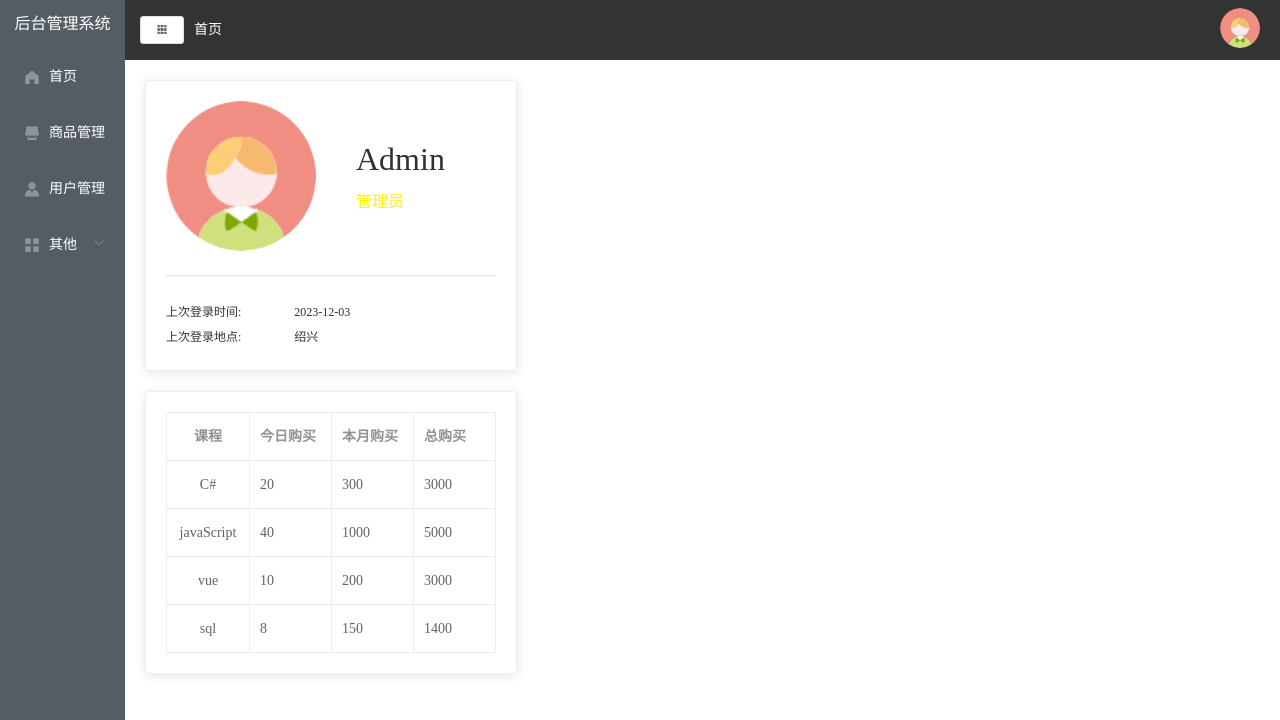
Repository: tkqi/manage
Page: /
The author's editor kept a copy of each file at every save. The page is drawn from the files as they stood at one save, then again after the next save.
The browser window is 1280 px wide. The pictures show the whole page.
The project was rebuilt for these pictures with package versions that can differ from the ones it lists, and the page was loaded fresh each time. Also part of the build but not shown: vue.config.js.

Above is the page before, as saved 2023-12-03 16:49:24.

After the next save:
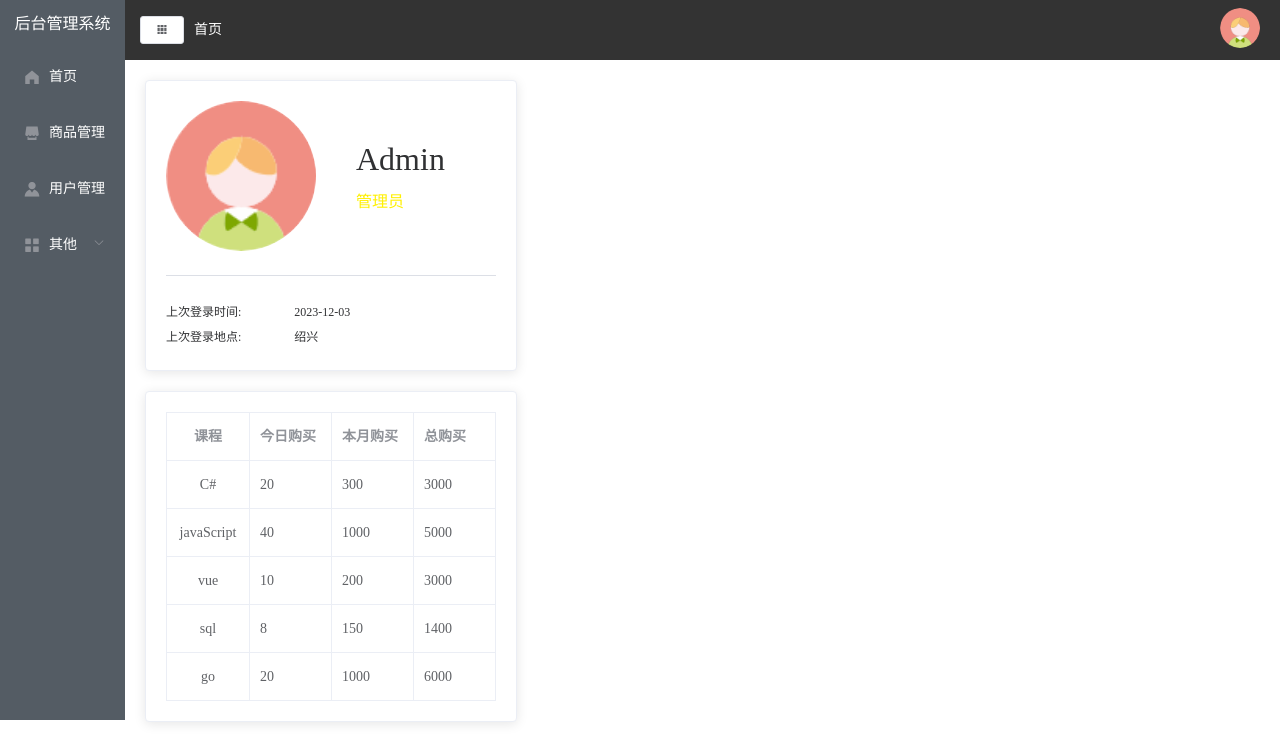
Saved 75 s later.
--- a/src/views/Home.vue
+++ b/src/views/Home.vue
@@ -65,6 +65,12 @@ export default {
                     buytoday: 8,
                     buythemonth: 150,
                     buyall: 1400
+                },
+                {
+                    course: 'go',
+                    buytoday: 20,
+                    buythemonth: 1000,
+                    buyall: 6000
                 }
             ]
         }
